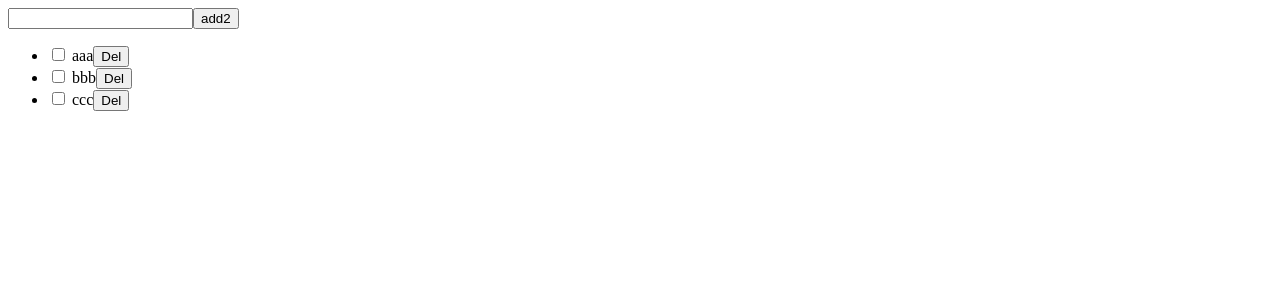
Repository: zenghao518518/React
Page: /
An editor plug-in stored every save of this project. The page is shown before and after the next save, followed by the edit.
The browser window is 1280 px wide. The pictures show the whole page.
The project was rebuilt for these pictures with package versions that can differ from the ones it lists, and the page was loaded fresh each time.

Above is the page before, as saved 2023-08-02 13:55:56.

### src/index.js
import React from 'react';
//import ReactDOM from 'react-dom';
import ReactDOM from 'react-dom/client'
//import './01-base/01-class组件'
//ReactDOM.render(<div>111111</div>,document.getElementById('root'))                    //);
//import App from './01-base/01-class组件'
//import App from './01-base/02-函数式组件'
//import App from './01-base/03-组件的嵌套'
//import App from './01-base/04-组件的样式'
//import App from './01-base/05-事件绑定-1'
//import App from './01-base/06-事件绑定-2'
//import App from './01-base/07-ref'
//import App from './01-base/08-state'
//import App from './01-base/09-数组渲染'
//import App from './01-base/10-todolist'
//import App from './01-base/12-卖座选项卡'
//import App from './01-base/13-setState同步异步'
//import App from './01-base/14-betterScroll'
//import App from './01-base/15-betterscroll-cinema'
//import App from './01-base/16-prop'
//import App from './01-base/17-props函数式组件'
//import App from './01-base/18-状态vs属性'
//import App from './01-base/19-非受控'
//import App from './01-base/20-受控'
//import App from './01-base/21-受控Cinema'
import App from './01-base/22-受控todolist'
let root = ReactDOM.createRoot(document.getElementById('root'));
//root.render(<div>111111</div>);
root.render(<React.StrictMode><App></App></React.StrictMode>);
//root.render(<App></App>);

### src/01-base/22-受控todolist.js
import React, { Component } from "react";
import "./css/01-index.css"
export default class App extends Component {
  a = 100;
  myref = React.createRef();
  state ={
        //  list:["aa","bb","cc"]
        mytext:"",
        list:[{
            id:1,
            mytest:"aaa",
            isChecked:false
        },
        {
            id:2,
            mytest:"bbb",
            isChecked:false
        },
        {
            id:3,
            mytest:"ccc",
            isChecked:false
        }
    ]
  }
  render() {
    return <div>

         <input value={this.state.mytext}
           onChange={(evt) => {
            this.setState({
              mytext: evt.target.value,
            });
          }}
         ></input>
         <button onClick={this.handleClick2}>add2</button>
         <ul>
             {
                this.state.list.map((item,index)=>
                    <li key={item.id}>

                        <input type="checkbox" checked={item.isChecked} onChange={()=>this.handleChecked(index)}/>
                        <span style={{textDecoration:item.isChecked?"line-through":''}}> {item.mytest}</span>



                        {/* 富文本显示 */}
                        {/* <span dangerouslySetInnerHTML={
                          {
                            __html :item.mytest
                          }
                        }></span> */}

                        {/* <button onClick={this.handleDelClick.bind(this,index)}>Del</button> */}

                        <button onClick={()=>this.handleDelClick(index)}>Del</button>
                    </li>
                    )
             }
         </ul>
         {this.state.list.length===0? <div>暂无代办事项1</div>:null}
         {this.state.list.length===0 && <div>暂无代办事项2</div>}
         <div className={this.state.list.length===0?'':'hidden'}>暂无代办事项3</div>
    </div>;
  }
  handleClick2=()=>{
    //console.log("click2",this.myref.current.value) //这里的this为代理对象undefined
    let newlist = [...this.state.list];
    newlist.push({
        id:Math.random()*1000000,
        mytest:this.state.mytext,
        isChecked:false
    });
    this.setState({
        list:newlist,
        mytext:""
    })

    //this.myref.current.value=""

  }

  handleDelClick=(index)=>{
    console.log("del-click",index)
    let newlist =[...this.state.list];//this.state.list.slice();//concat()
    newlist.splice(index,1)
    this.setState({
      list:newlist
  })
  }

  handleChecked=(index)=>{
    let newlist = [...this.state.list];
    newlist[index].isChecked=!newlist[index].isChecked
    this.setState({
        list:newlist
    })

  }

}

### src/01-base/css/01-index.css
.active{
    background-color:blue;
    font-size:"30px"
}
#myappp{
    background-color:green;
    font-size:"30px"
}

.hidden{
    display: none;
}

### src/02-advanced/01-子传父.js
import React, { Component } from "react";

class Navbar extends Component {
  render() {
    return (
      <div style={{ background: "yellow",width:"200px" }}>
        <ul>
            <li>111111</li>
        </ul>
      </div>
    );
  }
}

class Sidebar extends Component {
    render() {
      return (
        <div style={{ background: "red" }}>
          <button>click</button>
          <span>navbar</span>
        </div>
      );
    }
  }

export default class App extends Component {
  render() {
    return <div>
        <Navbar/>
        <Sidebar/>
    </div>;
  }
}

Loaded but not shown: public/index.html (common file)

After the next save:
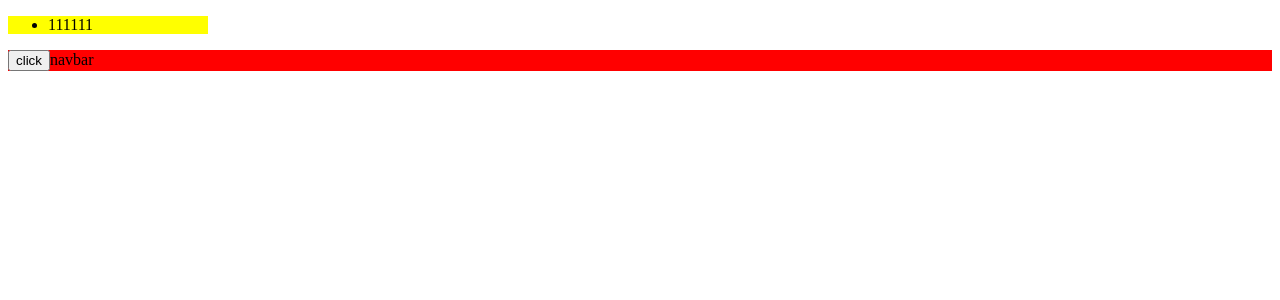
Saved 41 s later.
--- a/src/index.js
+++ b/src/index.js
@@ -23,7 +23,9 @@ import ReactDOM from 'react-dom/client'
 //import App from './01-base/19-非受控'
 //import App from './01-base/20-受控'
 //import App from './01-base/21-受控Cinema'
-import App from './01-base/22-受控todolist'
+//import App from './01-base/22-受控todolist'
+import App from './02-advanced/01-子传父'
+
 let root = ReactDOM.createRoot(document.getElementById('root'));
 //root.render(<div>111111</div>);
 root.render(<React.StrictMode><App></App></React.StrictMode>);
